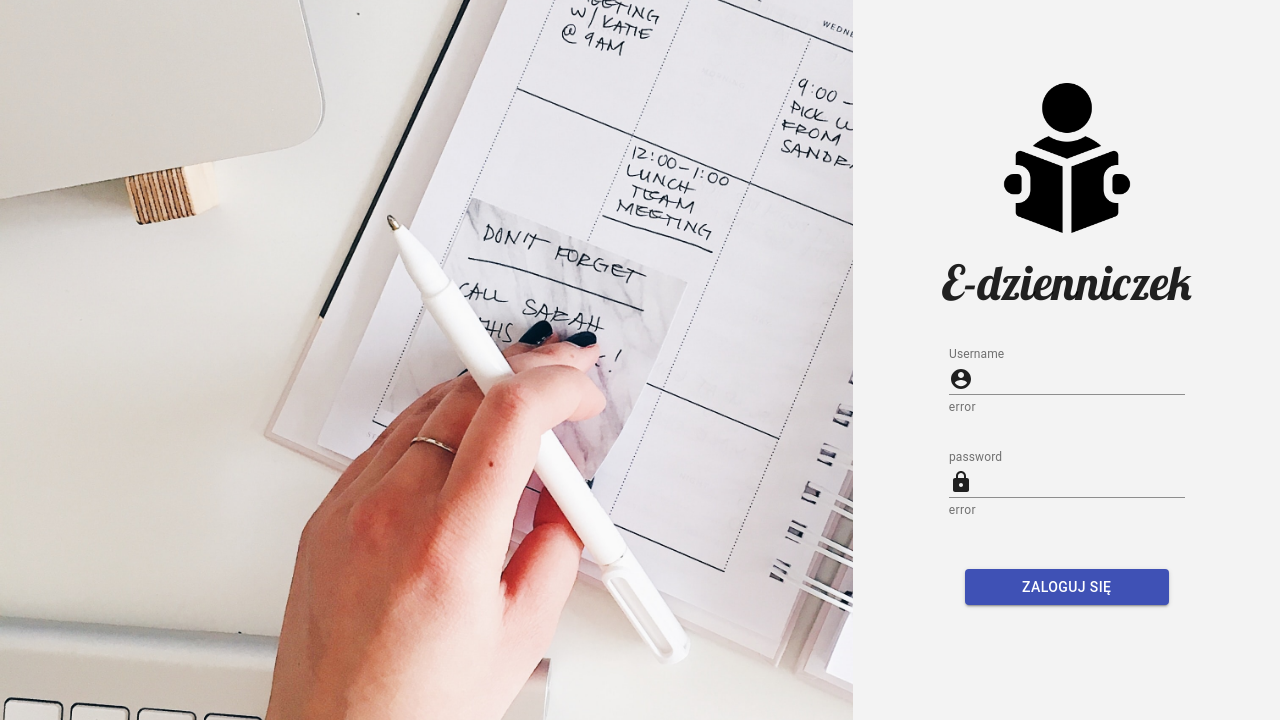
Repository: dominik3131/E-dzienniczek
Page: /
The author's editor kept a copy of each file at every save. The page is drawn from the files as they stood at one save, then again after a run of saves.
The browser window is 1280 px wide. The pictures show the whole page.
The project was rebuilt for these pictures with package versions that can differ from the ones it lists, and the page was loaded fresh each time.

Above is the page before, as saved 2020-11-17 15:49:40.

After the next 2 saves:
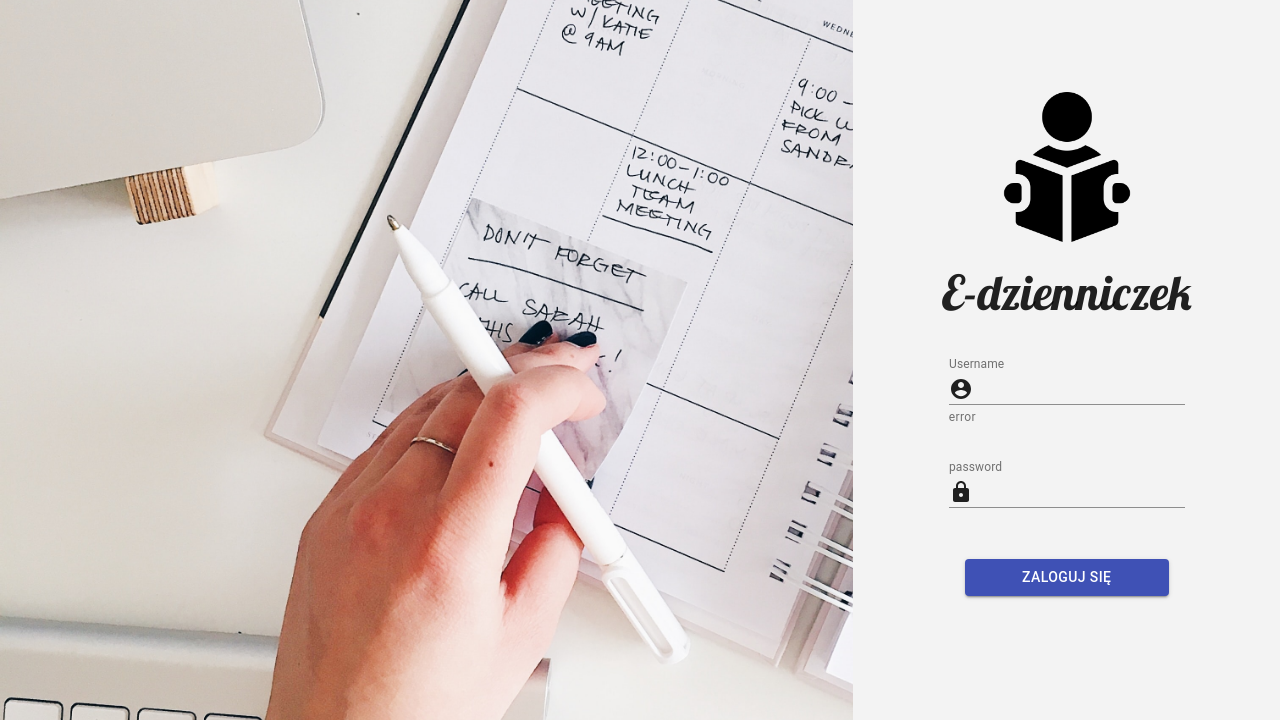
The 2 saves are shown as one change because 1 did not build or start.
The last was saved 2 min 29 s later.
--- a/src/components/LoginForm/LoginForm.js
+++ b/src/components/LoginForm/LoginForm.js
@@ -19,7 +19,7 @@ const useStyles = makeStyles((theme) => ({
   },
 }));
 
-const LoginForm = ({ errors, tryLogin }) => {
+const LoginForm = ({ errors, tryLogin, showErrors }) => {
   const [data, setData] = useState({
     username: "",
     password: "",
@@ -49,7 +49,7 @@ const LoginForm = ({ errors, tryLogin }) => {
         name="password"
         label="password"
         error={errors.password.length > 0 || null}
-        helperText="error"
+        helperText={showErrors("password")}
         InputProps={{
           startAdornment: (
             <InputAdornment position="start">
